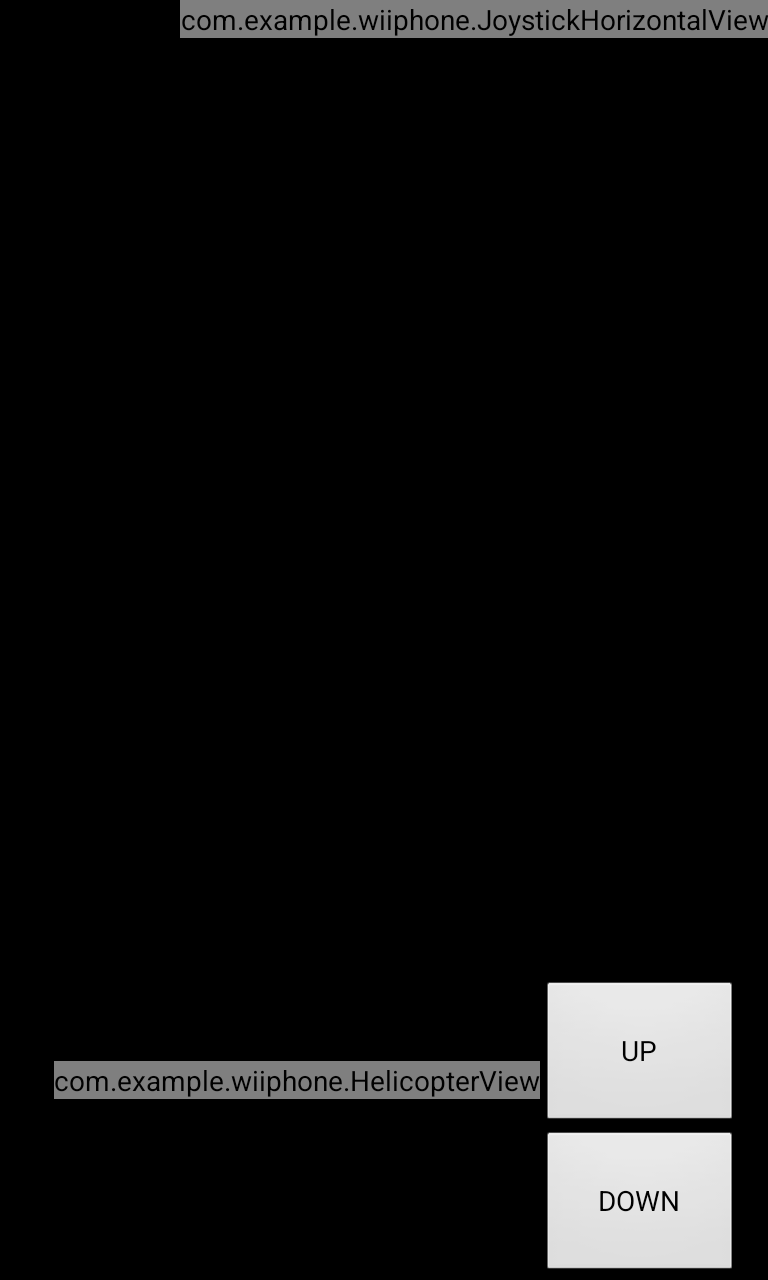
Repository: Malow/PhoneGame
Layout: Android/WiiPhone/res/layout/helicopter_main.xml
The author's editor kept a copy of each file at every save. The layout is drawn from the files as they stood at one save, then again after the next save.
Pictures or frames that could not be fetched are drawn as grey boxes. It is drawn on a 768 x 1280 px phone screen (xhdpi) without system bars, with theme android:Theme.NoTitleBar.Fullscreen; the app's code is not run.

Above is the layout before, as saved 2013-04-22 14:15:15.

### Android/WiiPhone/res/layout/helicopter_main.xml
<?xml version="1.0" encoding="utf-8"?>
<RelativeLayout xmlns:android="http://schemas.android.com/apk/res/android"
    android:layout_width="fill_parent"
    android:layout_height="fill_parent"
    android:orientation="horizontal" >
    <com.example.wiiphone.JoystickHorizontalView
        android:id="@+id/joyview"
        android:layout_width="wrap_content"
        android:layout_height="wrap_content"
        android:layout_alignParentRight="true" />

    <Button
        android:id="@+id/button1"
        android:layout_width="wrap_content"
        android:layout_height="wrap_content"
        android:layout_alignParentBottom="true"
        android:layout_alignParentRight="true"
        android:layout_marginRight="14dp"
        android:height="75dp"
        android:text="@string/button_down"
        android:width="100dp" />

    <Button
        android:id="@+id/button2"
        android:layout_width="wrap_content"
        android:layout_height="wrap_content"
        android:layout_above="@+id/button1"
        android:layout_alignLeft="@+id/button1"
        android:height="75dp"
        android:text="@string/button_up"
        android:width="100dp" />

    <com.example.wiiphone.HelicopterView
        android:id="@+id/helicopterview"
        android:layout_width="wrap_content"
        android:layout_height="wrap_content"
        android:layout_alignBaseline="@+id/button2"
        android:layout_alignBottom="@+id/button2"
        android:layout_toLeftOf="@+id/button2" />

</RelativeLayout>

### Android/WiiPhone/res/values/strings.xml
<?xml version="1.0" encoding="utf-8"?>
<resources>

    <string name="app_name">WiiPhone</string>
    <string name="action_settings">Settings</string>
    <string name="hello_world">Hello world!</string>
    <string name="start_button_text">this button starts the program</string>
    <string name="choose_game_button_1">Star Chaser</string>
	<string name="choose_game_button_2">Labyrinth</string>
	<string name="choose_game_button_3">Game 3</string>
	<string name="button_up">UP</string>
	<string name="button_down">DOWN</string>
</resources>

After the next save:
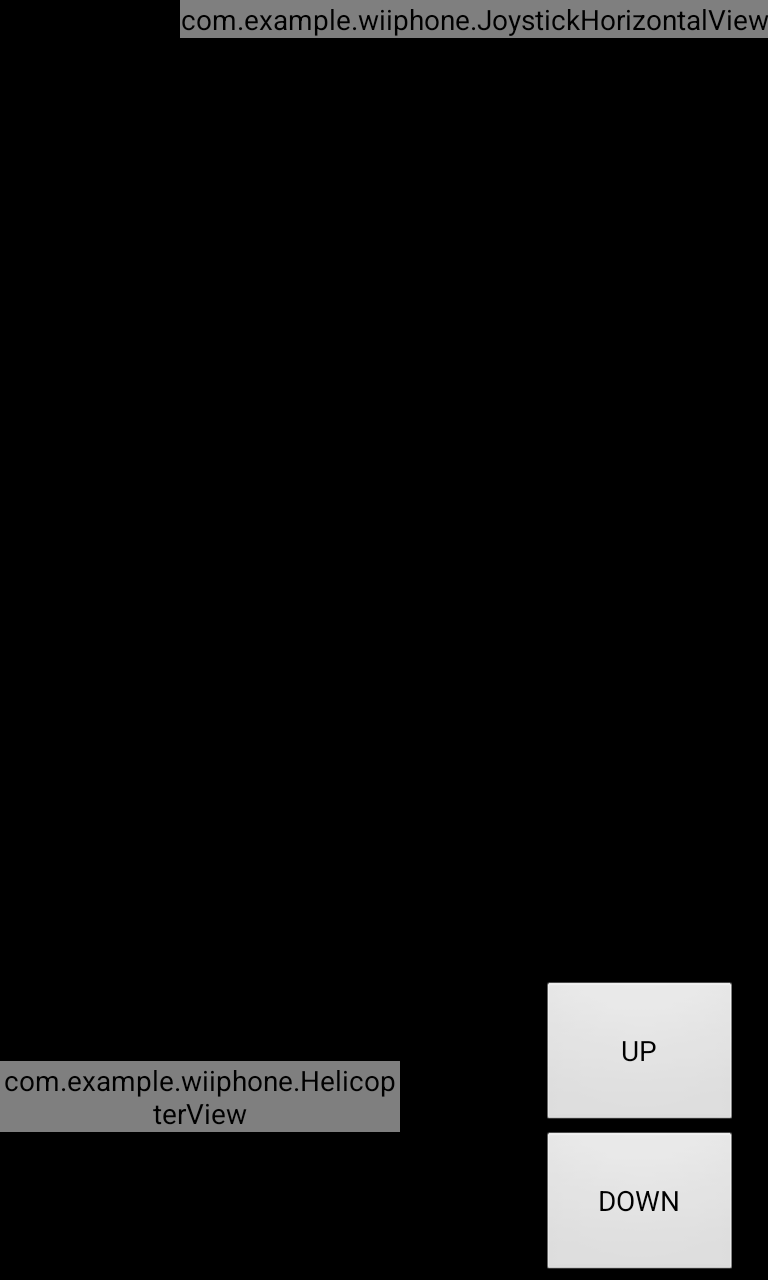
Saved 20 s later.
--- a/Android/WiiPhone/res/layout/helicopter_main.xml
+++ b/Android/WiiPhone/res/layout/helicopter_main.xml
@@ -36,6 +36,7 @@
         android:layout_height="wrap_content"
         android:layout_alignBaseline="@+id/button2"
         android:layout_alignBottom="@+id/button2"
+        android:layout_marginRight="70dp"
         android:layout_toLeftOf="@+id/button2" />
 
 </RelativeLayout>
